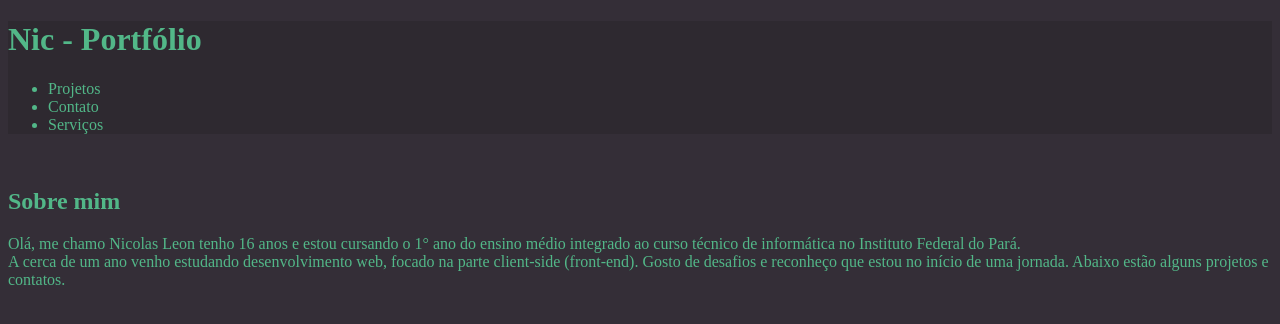
Repository: Leonngc/portfolio
Page: index.html
The author's editor kept a copy of each file at every save. The page is drawn from the files as they stood at one save, then again after a run of saves.
The browser window is 1280 px wide. The pictures show the whole page.

Above is the page before, as saved 2022-12-02 10:02:59.

### index.html
<!DOCTYPE html>
<html lang="en">

<head>
    <meta charset="UTF-8">
    <meta http-equiv="X-UA-Compatible" content="IE=edge">
    <meta name="viewport" content="width=device-width, initial-scale=1.0">
    <meta name="keywords" content="portfolio, web, dev, website, desenvolvedor">
    <meta name="description" content="Meu portfolio de desenvolvedor web">
    <title>Nic Portfólio</title>
    <link rel="stylesheet" href="home.css">
</head>

<body>
    <header>
        <h1>Nic - Portfólio</h1>
        <nav class="menu">
            <ul>
                <li>Projetos</li>
                <li>Contato</li>
                <li>Serviços</li>
            </ul>
        </nav>
    </header>
    <section>
        <span>
            <img src="" alt="">
        </span>
    </section>

    <section>
        <h2>Sobre mim</h2>
        <p>Olá, me chamo Nicolas Leon tenho 16 anos e estou cursando o 1° ano do ensino médio integrado ao curso técnico de informática no Instituto Federal do Pará. <br> A cerca de um ano venho estudando desenvolvimento web, focado na parte client-side (front-end). Gosto de desafios e reconheço que estou no início de uma jornada. Abaixo estão alguns projetos e contatos.</p>
    </section>


</body>

</html>

### home.css
@import url('https://fonts.googleapis.com/css2?family=PT+Sans+Narrow:wght@400;700&display=swap');
:root{
    --background:#342E37;
    --letters: #52B788;
}
*{
    margg
}
body{
    background-color: var(--background);
    color: var(--letters);
}

header{
    background-color: #2e2930;
}

After the next 2 saves:
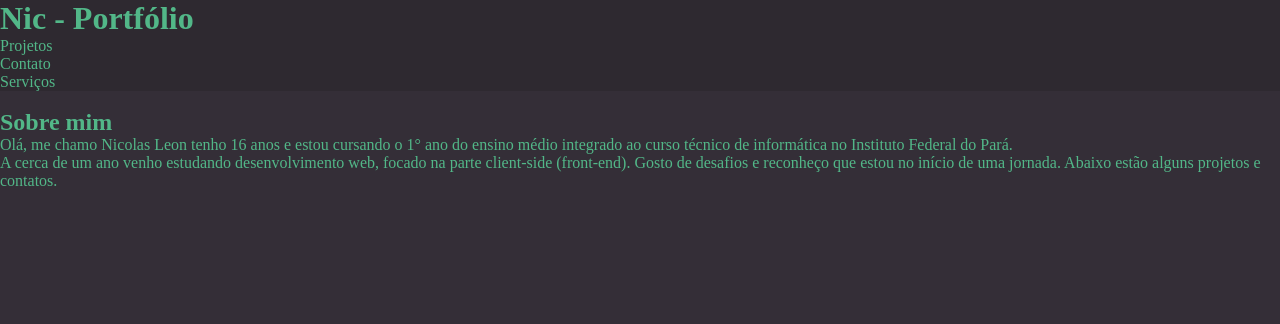
The 2 saves are shown as one change because they came seconds apart.
The last was saved 7 s later.
--- a/home.css
+++ b/home.css
@@ -4,7 +4,8 @@
     --letters: #52B788;
 }
 *{
-    margg
+    margin: 0;
+    padding: 0;
 }
 body{
     background-color: var(--background);
